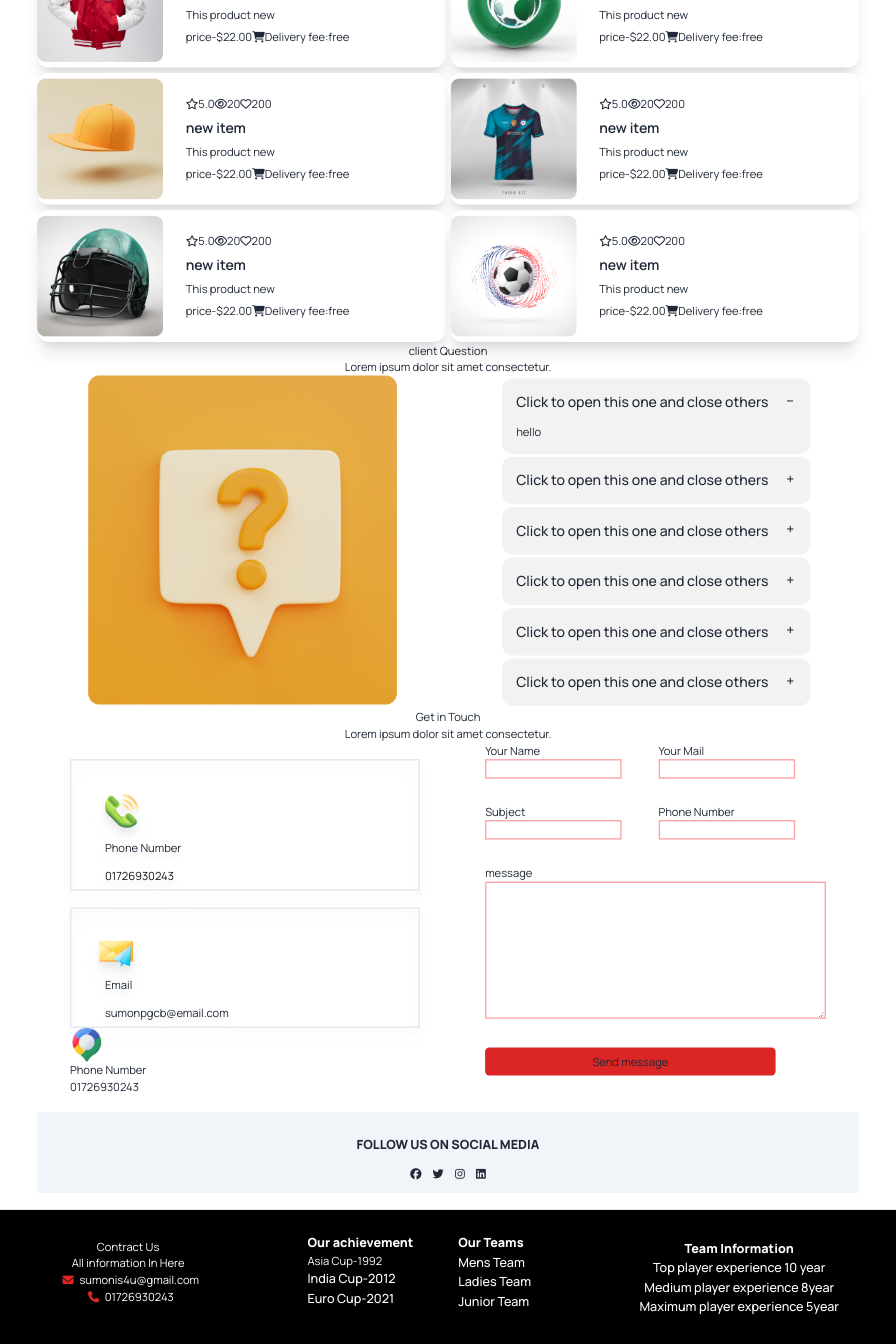
Repository: sumonkumarsarkar/bd-hockeys-team
Page: index.html
An editor plug-in stored every save of this project. The page is shown before and after the next save, followed by the edit.
The browser window is 1280 px wide. The pictures show the part of the page from y = 2049 to 3969 px (the page is 3969 px tall), at 70% of full size.
Some web libraries are served in a nearby version.

Above is the page before, as saved 2024-01-24 17:10:37.

After the next save:
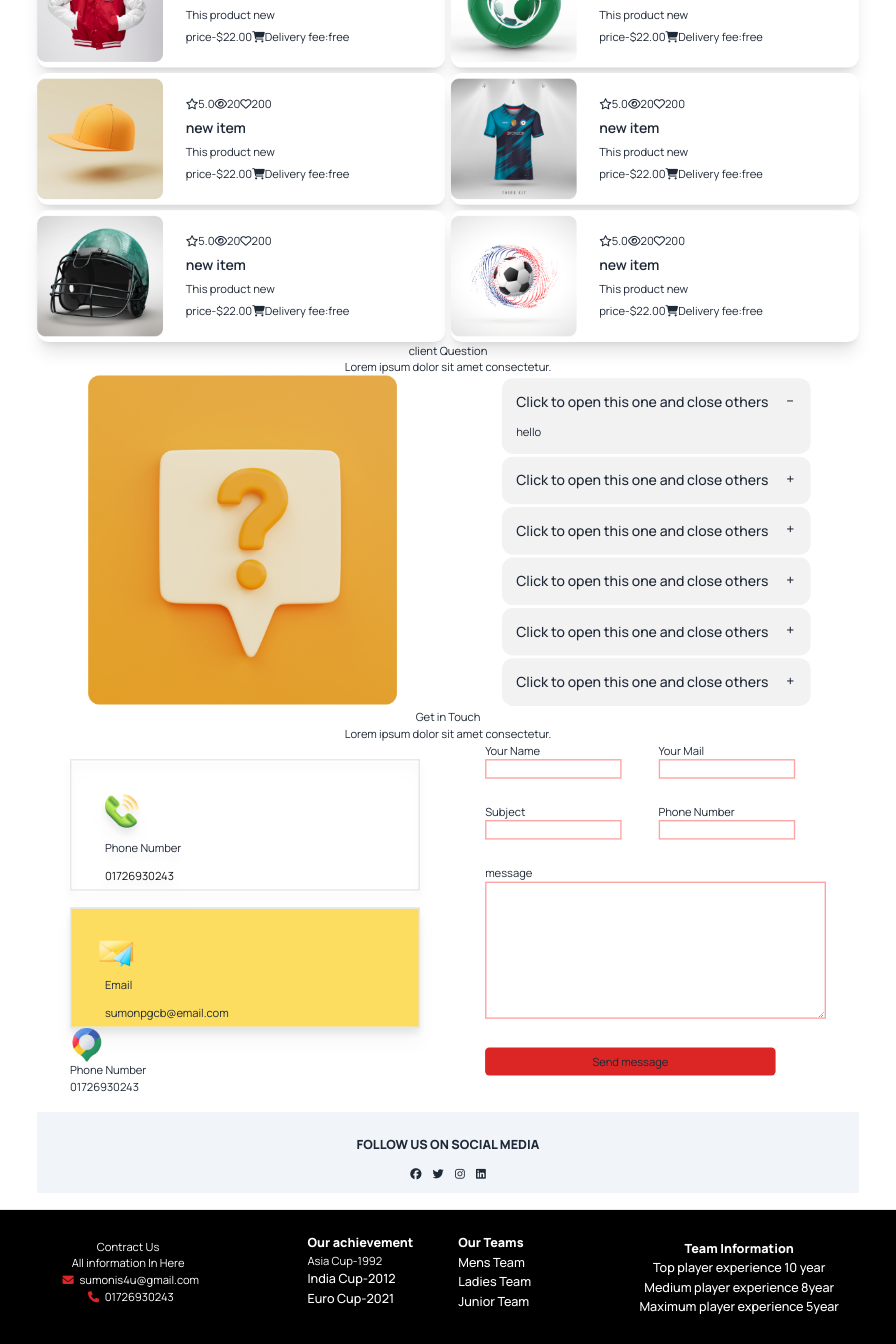
Saved 3 min 12 s later.
--- a/index.html
+++ b/index.html
@@ -505,7 +505,7 @@
             <p class="p-2 text-[#131318;]">01726930243</p>
              </div>
               <!-- card-2  -->
-             <div class="drop-shadow-xl bg-[rgba(188, 237, 109, 0.10)] border-2 borede-red w-[500px] h-50 pt-10 ps-10">
+             <div class="drop-shadow-xl bg-[#FDDD5F] border-2 borede-red w-[500px] h-50 pt-10 ps-10">
             <div><img src="./Images/Group 1171275318.png" alt=""></div>
             <p class="p-2">Email</p>
             <p class="p-2">sumonpgcb@email.com</p>

After the save that followed:
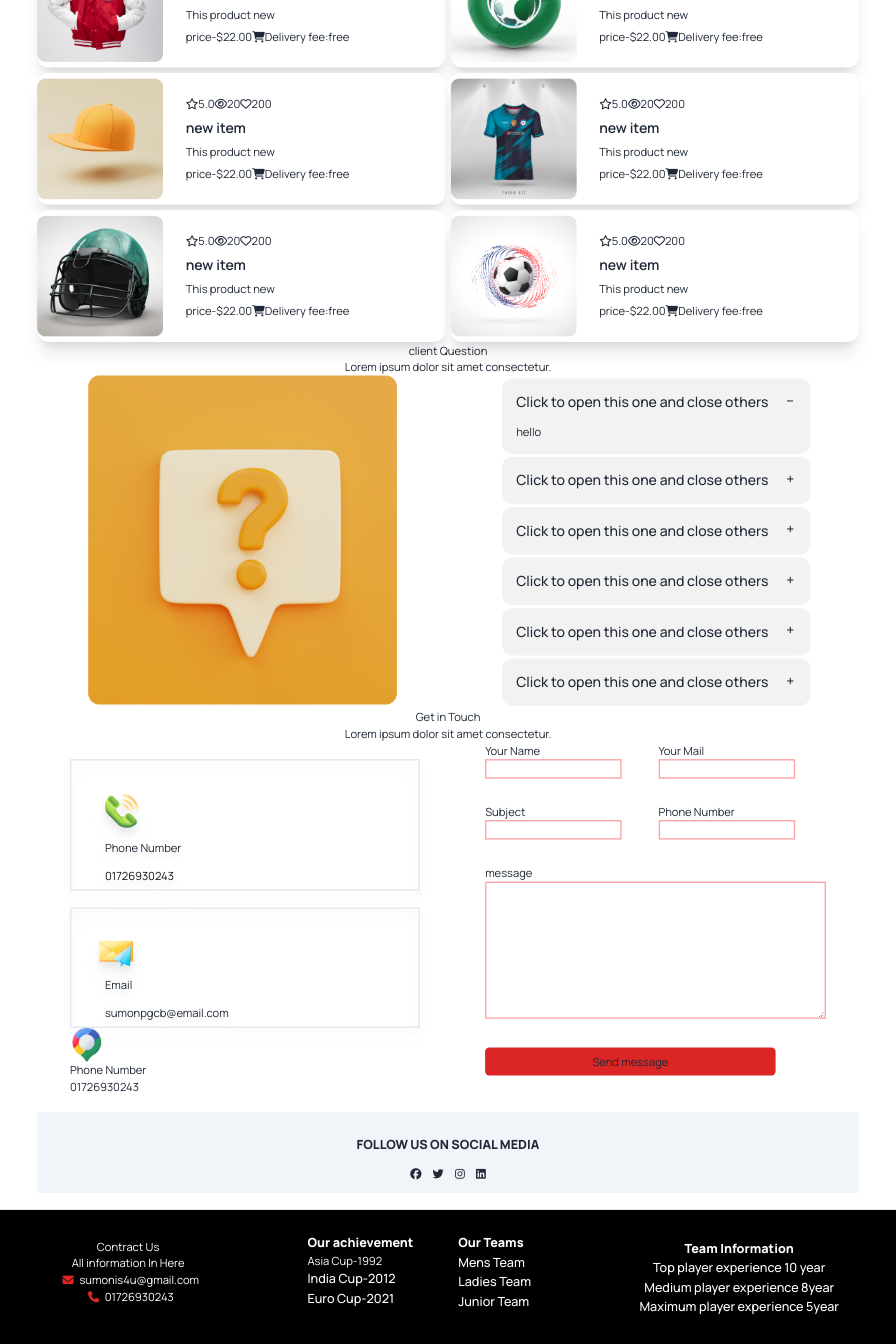
Saved 26 s later.
--- a/index.html
+++ b/index.html
@@ -505,7 +505,7 @@
             <p class="p-2 text-[#131318;]">01726930243</p>
              </div>
               <!-- card-2  -->
-             <div class="drop-shadow-xl bg-[#FDDD5F] border-2 borede-red w-[500px] h-50 pt-10 ps-10">
+             <div class="drop-shadow-xl bg-[#FDDD5F.10%] border-2 borede-red w-[500px] h-50 pt-10 ps-10">
             <div><img src="./Images/Group 1171275318.png" alt=""></div>
             <p class="p-2">Email</p>
             <p class="p-2">sumonpgcb@email.com</p>
